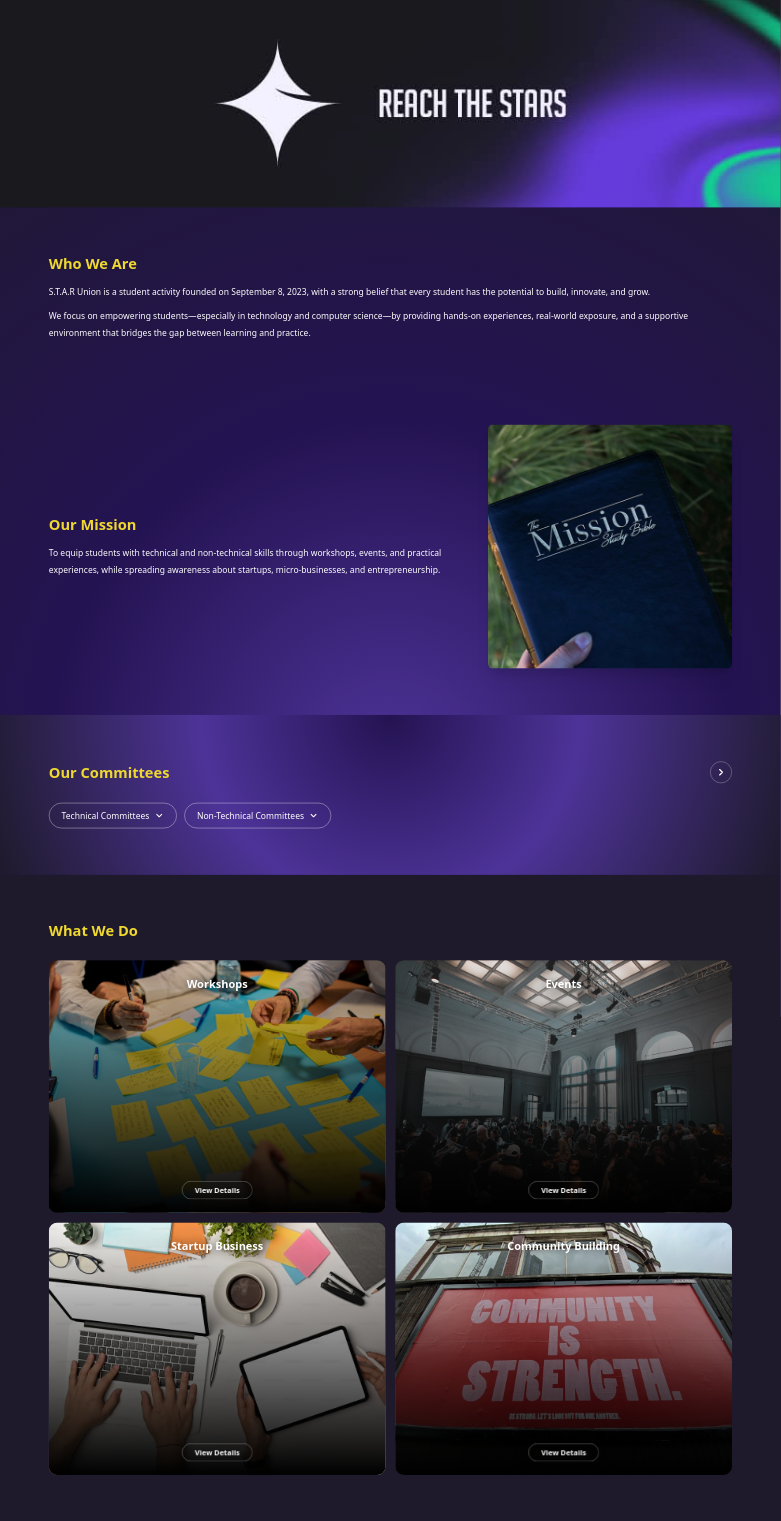
Repository: Frontend-Committee/StarUnion-Website
Page: /about
These files come from the project's save history. The page is drawn as it stood at one moment and after the next save; the edit follows.
The browser window is 1280 px wide. The pictures show the whole page, at 61% of full size.
The project was rebuilt for these pictures with package versions that can differ from the ones it lists, and the page was loaded fresh each time. Also part of the build but not shown: vite.config.js, src/components/common/Navbar.jsx, src/components/common/Footer.jsx, src/features/home/pages/HomePage.jsx.

Above is the page before, as saved 2026-02-25 14:07:19.

After the next save:
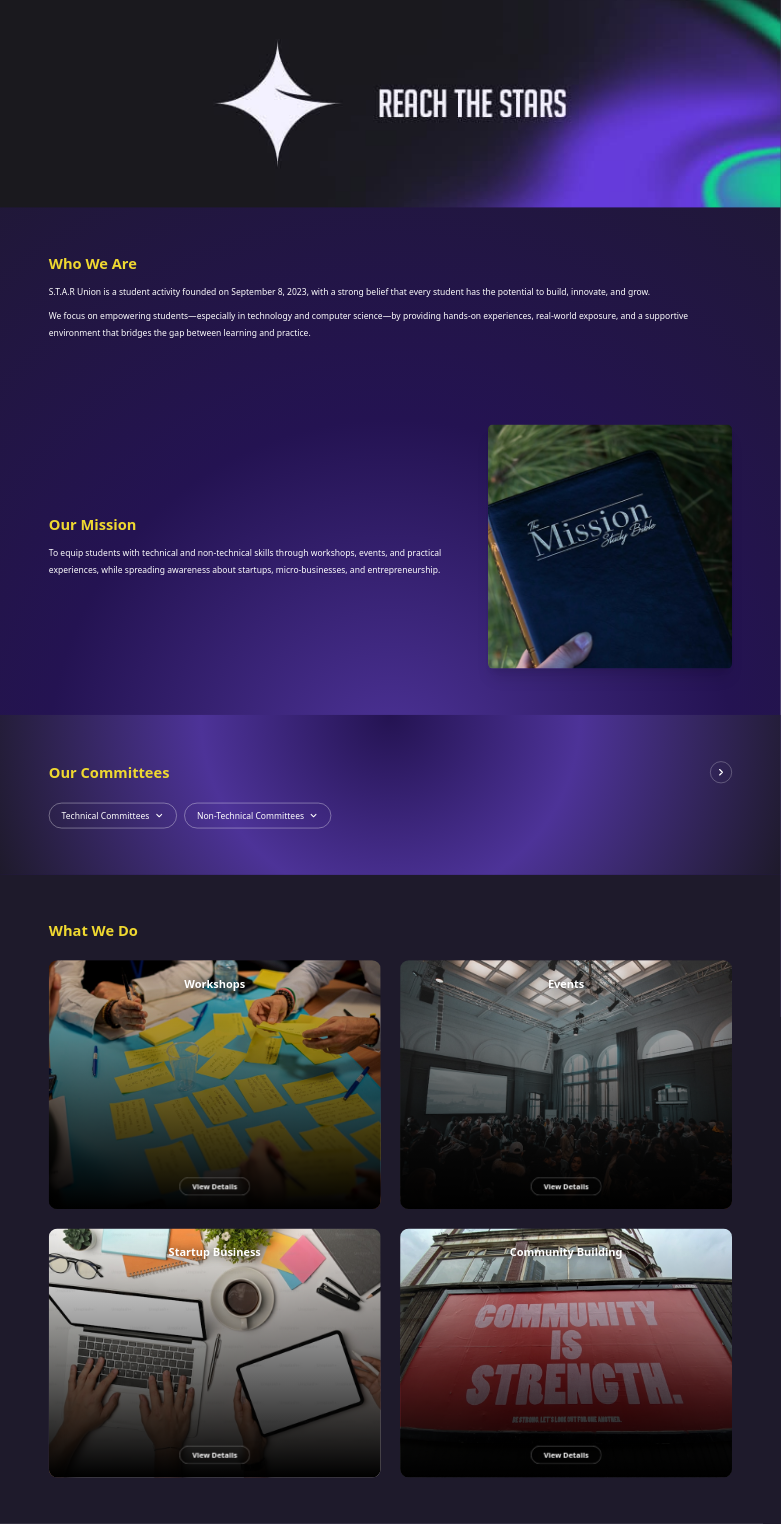
Saved 86 s later.
--- a/src/features/about/pages/AboutUsPage.jsx
+++ b/src/features/about/pages/AboutUsPage.jsx
@@ -267,7 +267,7 @@ export default function AboutUsPage() {
           <h2 className="text-tertiary text-2xl font-semibold mb-8">What We Do</h2>
 
           {/* 2×2 Grid */}
-          <div className="grid grid-cols-2 gap-4">
+          <div className="grid grid-cols-2 gap-8">
             {activities.map((act) => (
               <ActivityCard
                 key={act.title}
